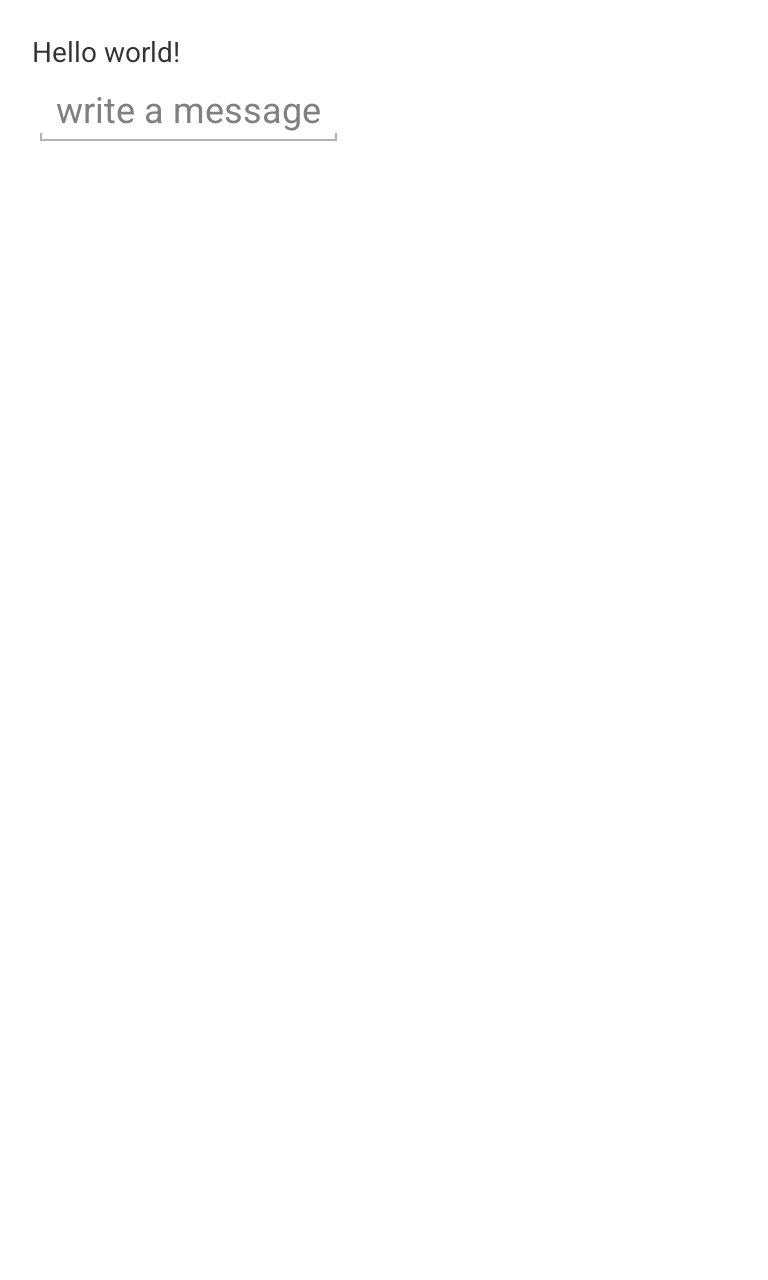
Repository: Nihal369/parse-chat
Layout: helloworld-parse/HelloWordParse/res/layout/activity_parse_hello_world.xml
An editor plug-in stored every save of this project. The layout is shown before and after a run of saves, followed by the edit.
It is drawn on a 768 x 1280 px phone screen (xhdpi) without system bars, with theme AppTheme; the app's code is not run.

Above is the layout before, as saved 2014-04-01 16:41:28.

### helloworld-parse/HelloWordParse/res/layout/activity_parse_hello_world.xml
<RelativeLayout xmlns:android="http://schemas.android.com/apk/res/android"
    xmlns:tools="http://schemas.android.com/tools"
    android:layout_width="match_parent"
    android:layout_height="match_parent"
    android:paddingBottom="@dimen/activity_vertical_margin"
    android:paddingLeft="@dimen/activity_horizontal_margin"
    android:paddingRight="@dimen/activity_horizontal_margin"
    android:paddingTop="@dimen/activity_vertical_margin"
    tools:context=".ParseHelloWorld" >

    <TextView
        android:id="@+id/tvTitulo"
        android:layout_width="wrap_content"
        android:layout_height="wrap_content"
        android:text="@string/hello_world" />

    <EditText
        android:id="@+id/etMensaje"
        android:layout_width="wrap_content"
        android:layout_height="wrap_content"
        android:hint="@string/hintet"
        android:layout_below="@id/tvTitulo"/>


</RelativeLayout>

### helloworld-parse/HelloWordParse/res/values/strings.xml
<?xml version="1.0" encoding="utf-8"?>
<resources>

    <string name="app_name">HelloWordParse</string>
    <string name="action_settings">Settings</string>
    <string name="hello_world">Hello world!</string>
    <string name="hintet">write a message</string>
    <string name="buttontext">Send</string>

</resources>

Loaded but not shown: helloworld-parse/HelloWordParse/res/values/styles.xml (common file); helloworld-parse/HelloWordParse/res/values-v11/styles.xml (common file); helloworld-parse/HelloWordParse/res/values-v14/styles.xml (common file); helloworld-parse/HelloWordParse/res/values/dimens.xml (common file)

After the next 2 saves:
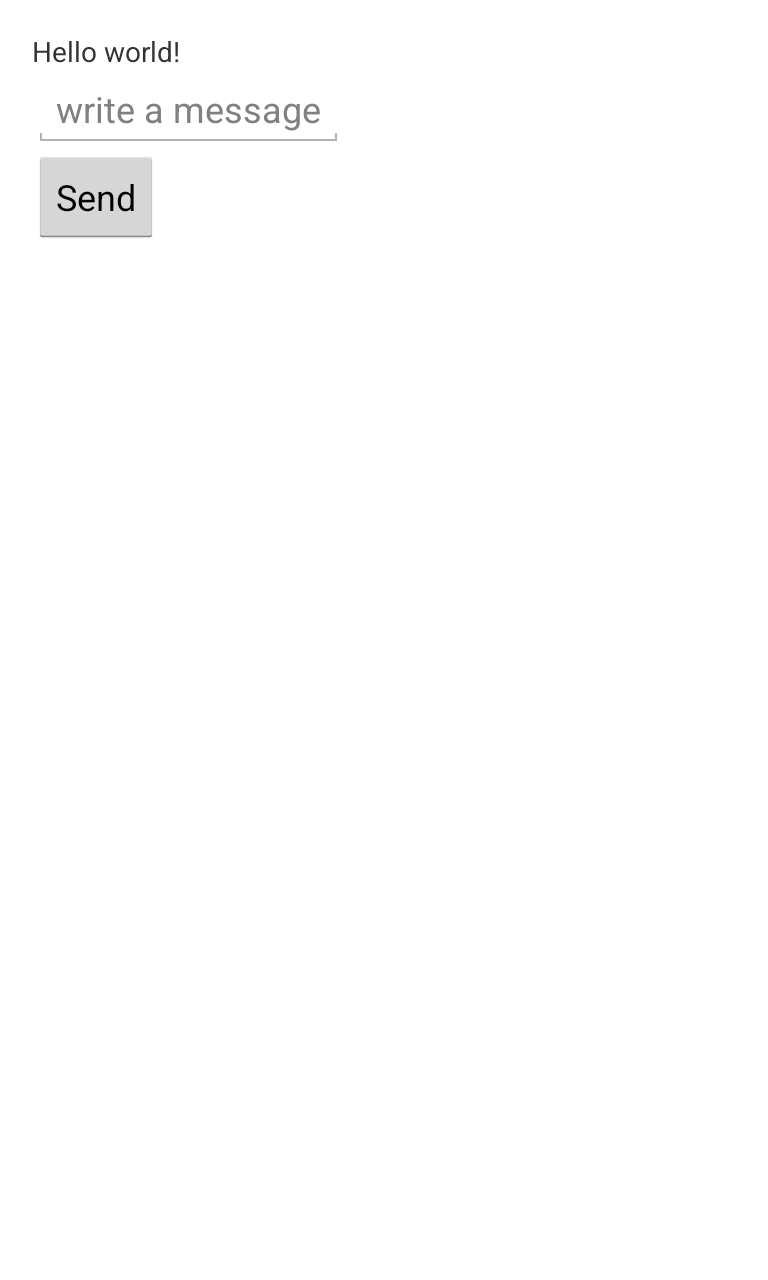
The 2 saves are shown as one change because 1 did not build or start.
The last was saved 33 s later.
--- a/helloworld-parse/HelloWordParse/res/layout/activity_parse_hello_world.xml
+++ b/helloworld-parse/HelloWordParse/res/layout/activity_parse_hello_world.xml
@@ -20,6 +20,12 @@
         android:layout_height="wrap_content"
         android:hint="@string/hintet"
         android:layout_below="@id/tvTitulo"/>
+    <Button
+        android:id="@+id/btnSend"
+        android:layout_width="wrap_content"
+        android:layout_height="wrap_content"
+        android:layout_below="@id/etMensaje"
+        android:text="@string/buttontext"/>
 
 
 </RelativeLayout>
